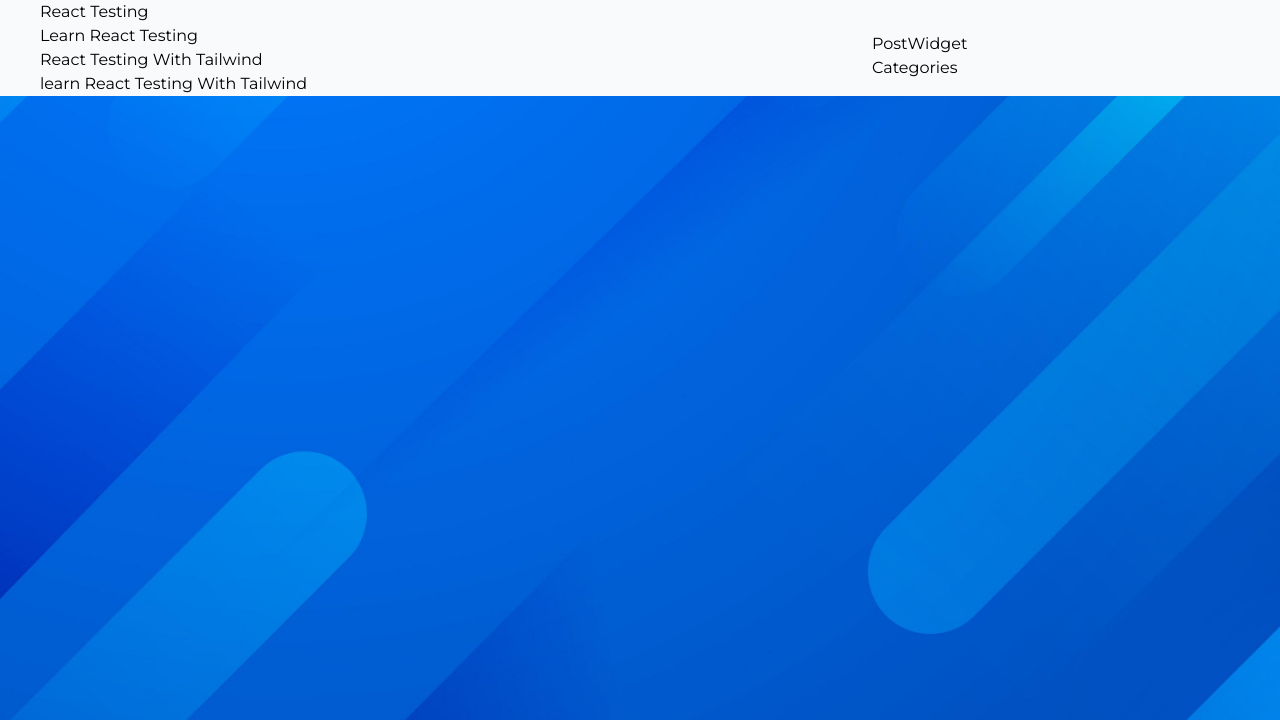
Repository: AlgoHussle/algo-blog
Page: /
The author's editor kept a copy of each file at every save. The page is drawn from the files as they stood at one save, then again after the next save.
The browser window is 1280 px wide. The pictures show the whole page.
The project was rebuilt for these pictures with package versions that can differ from the ones it lists, and the page was loaded fresh each time. The framework's server and built-in components were replaced by stand-ins that run in the browser. Also part of the build but not shown: next.config.js, components/Header.jsx, components/Layout.jsx.

Above is the page before, as saved 2023-05-03 23:07:30.

After the next save:
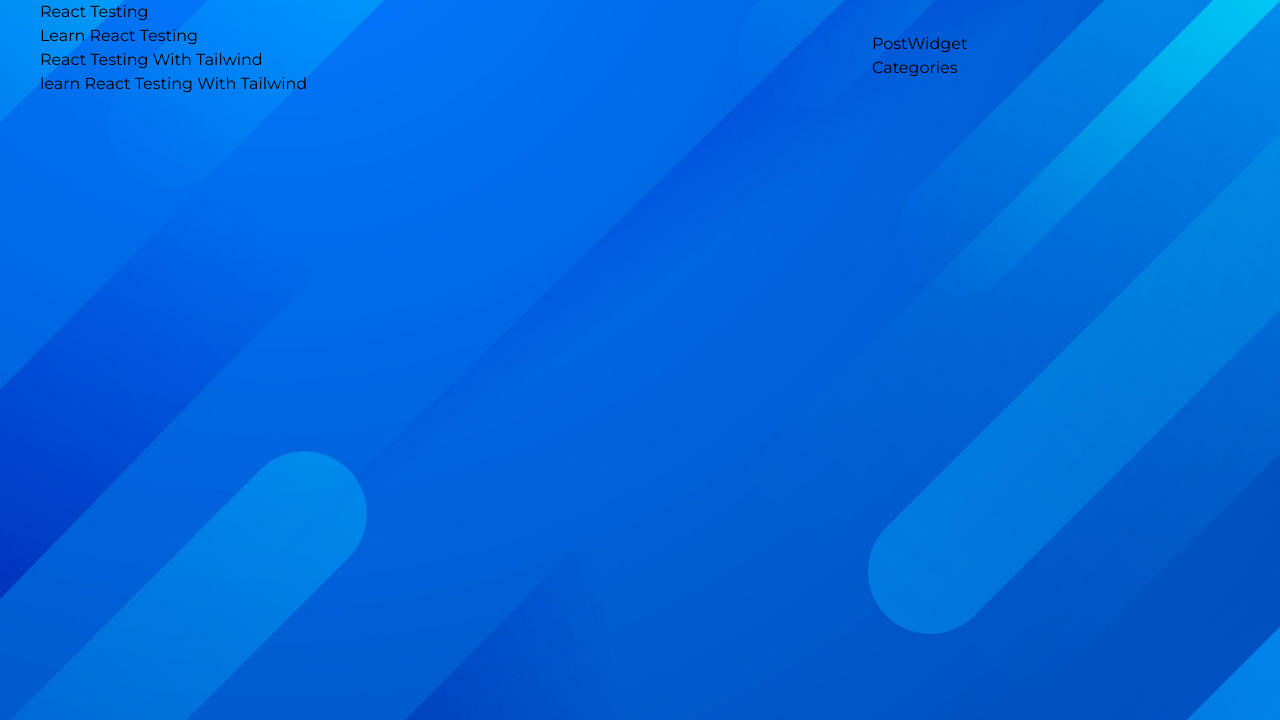
Saved 40 s later.
--- a/pages/index.js
+++ b/pages/index.js
@@ -9,7 +9,7 @@
 
 export default function Home() {
   return (
-    <div className='container mx-auto px-10 mb-8 bg-gray-50'>
+    <div className='container mx-auto px-10 mb-8'>
       <Head>
         <title>CMS Blog</title>
         <link rel="icon" href="/favicon.ico" />
